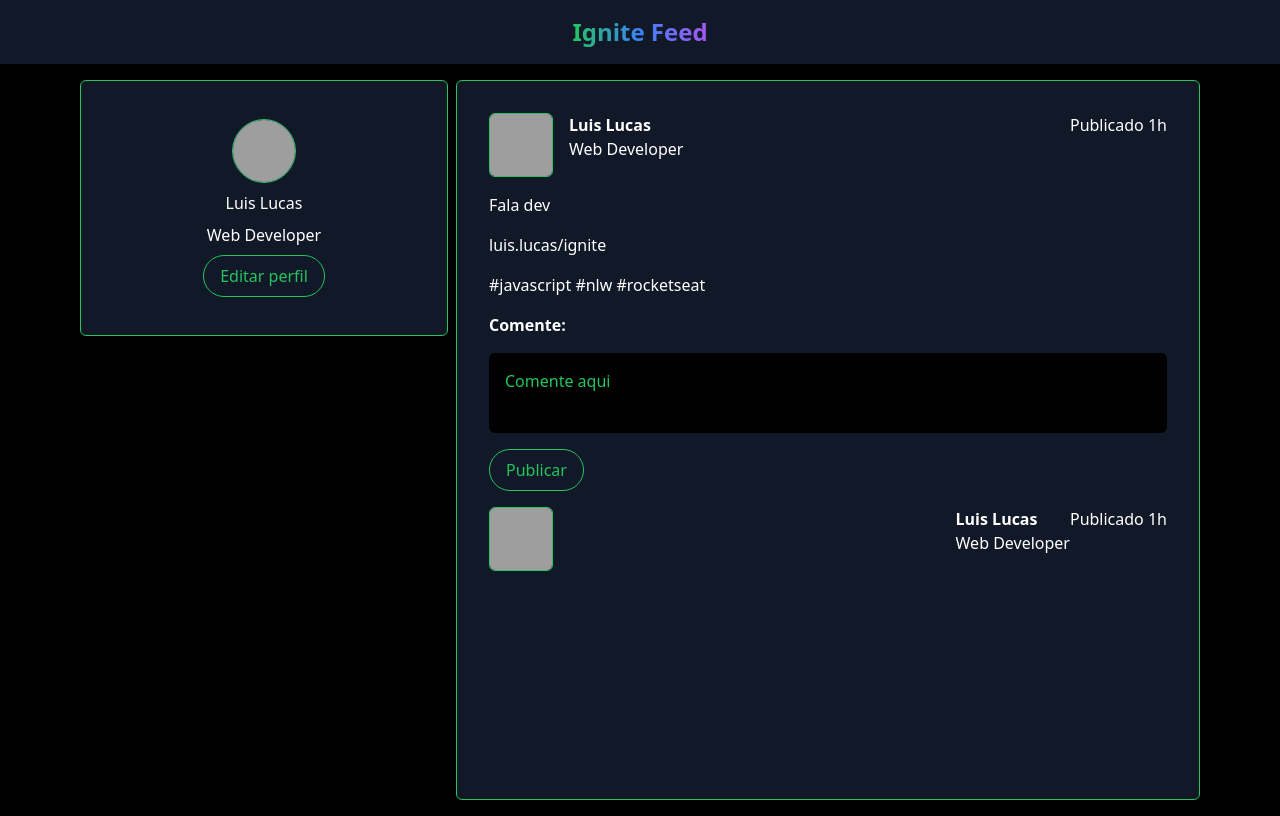
Repository: LuisSempre/ignite-feed
Page: /
The author's editor kept a copy of each file at every save. The page is drawn from the files as they stood at one save, then again after the next save.
The browser window is 1280 px wide. The pictures show the whole page.
Pictures or frames that could not be fetched are drawn as grey boxes. The project was rebuilt for these pictures with package versions that can differ from the ones it lists, and the page was loaded fresh each time. Also part of the build but not shown: vite.config.js.

Above is the page before, as saved 2022-07-14 21:34:54.

After the next save:
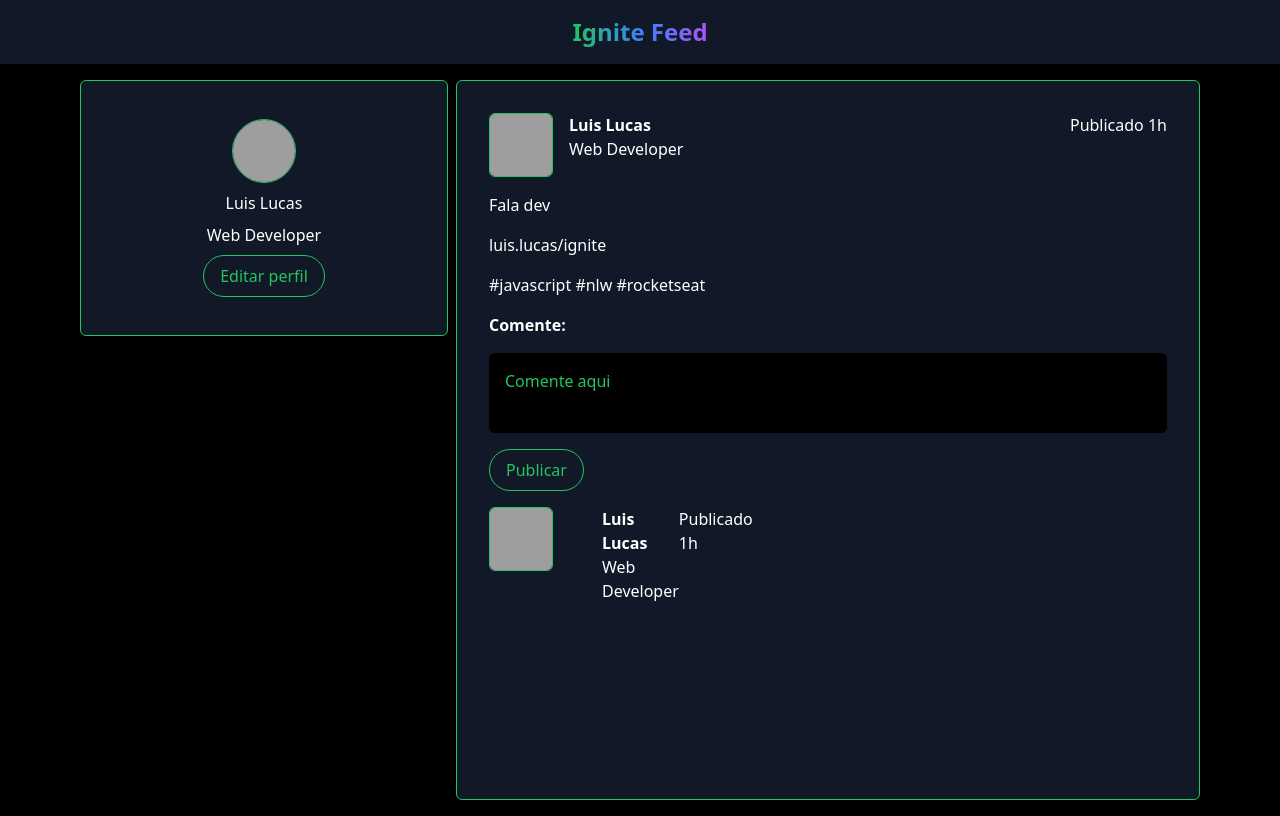
Saved 36 s later.
--- a/src/Components/Comment.jsx
+++ b/src/Components/Comment.jsx
@@ -2,7 +2,7 @@
 
 export function Comment() {
   return (
-    <div className="flex justify-between">
+    <div className="grid grid-cols-6">
         <img
             className="w-16 h-16 border border-green-500 rounded-md"
             src="https://github.com/luissempre.png"
